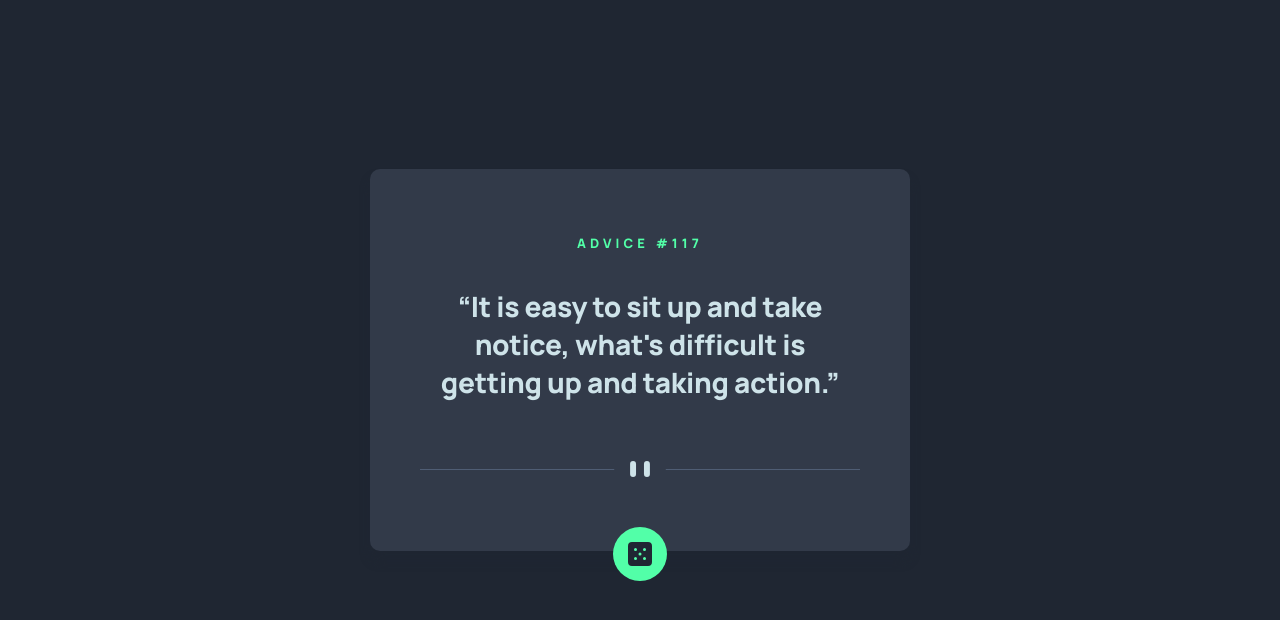
Repository: Arkitecth/advice-generator
Page: index.html
These files come from the project's save history. The page is drawn as it stood at one moment and after the next save; the edit follows.
The browser window is 1280 px wide. The pictures show the whole page.

Above is the page before, as saved 2023-07-12 18:33:04.

### index.html
<!DOCTYPE html>
<html lang="en">
<head>
  <meta charset="UTF-8">
  <meta name="viewport" content="width=device-width, initial-scale=1.0"> <!-- displays site properly based on user's device -->

  <link rel="icon" type="image/png" sizes="32x32" href="./images/favicon-32x32.png">
  <link rel="stylesheet" href="style.css">
  <title>Advice generator app</title>

</head>
<body>
  <div class="container">
    <p class="advice">Advice <span class="advice-num">#117</span></p>
    <p class="advice-text">“It is easy to sit up and take notice, what's difficult is getting up and taking action.”</p>
    <img class="pattern-divider" src="images/pattern-divider-desktop.svg" alt="pattern-divider-desktop">
    <div>
      <img class="dice-icon" src="images/icon-dice.svg" alt="dice-icon">
    </div>

  </div>
</body>
</html>

### style.css

@import url('https://fonts.googleapis.com/css2?family=Manrope:wght@800&display=swap');
:root {
    --dark-blue: hsl(218, 23%, 16%);
    --dark-grayish-blue:hsl(217, 19%, 24%);
    --light-cyan:  hsl(193, 38%, 86%);
    --neon-green:hsl(150, 100%, 66%);
    --grayish-blue:hsl(217, 19%, 38%);
}
* {
    margin: 0;
    padding:0;
    box-sizing: border-box;
    font-family: 'Manrope', sans-serif;
}


body {
    background-color: var(--dark-blue);
    display: flex;
    height: 100vh;
    align-items: center;
}

.container {
    margin: 0 auto;
    background-color: var(--dark-grayish-blue);
    max-width: 540px;
    padding: 50px;
    border-radius: 10px;
    box-shadow: 0px 10px 10px var(--dark-blue);
    display: flex;
    flex-direction: column;
    align-items: center;
    align-content: space-around;
    justify-content: space-between;
}

.advice {
    color: var(--neon-green);
    text-transform: uppercase;
    font-weight: 800;
    letter-spacing: 4.086px;
    font-size: 0.8125rem;
    padding: 15px;
}

.advice-text {
    color: var(--light-cyan);
    text-align: center;
    font-size: 28px;
    letter-spacing: -0.3px;
    padding: 20px;
}


.pattern-divider {
    padding-top: 10px;
    width: 100%;
    transform: translateY(30px);
}

.container div {
    display: flex;
    transform: translateY(80px);
    background-color: var(--neon-green);
    border-radius: 50%;
    justify-content: center;
    padding: 15px;
    cursor: pointer;
}

.container div:hover {
    box-shadow: 0px 0px 10px var(--neon-green);
}

After the next save:
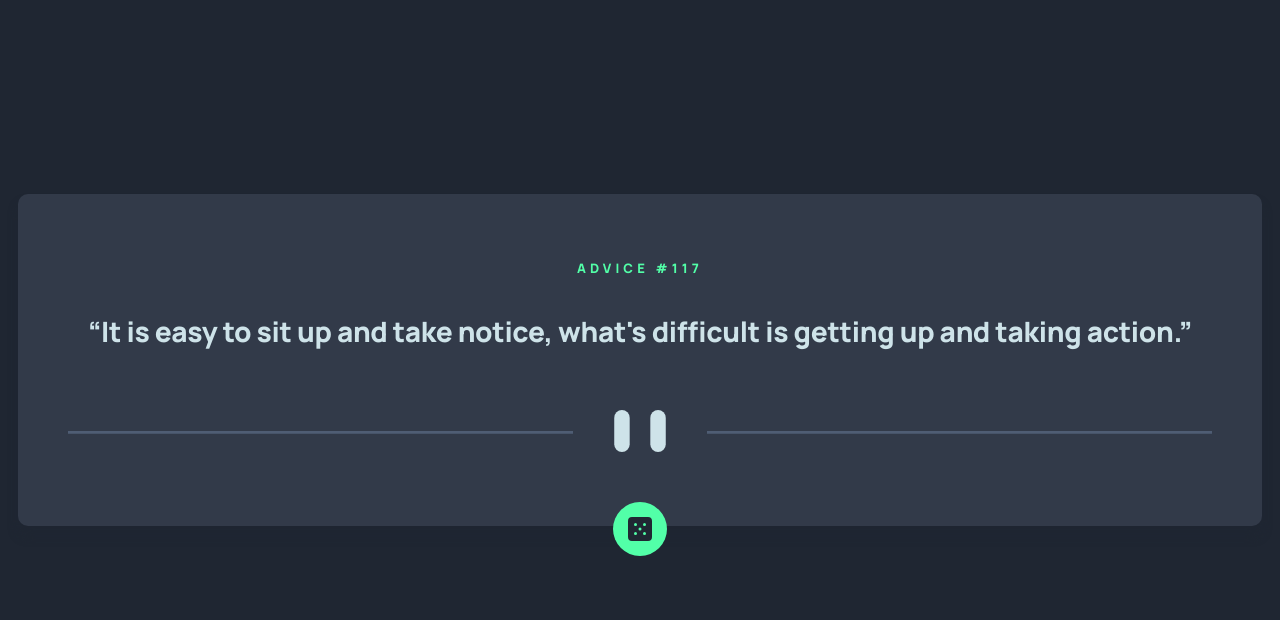
Saved 114 s later.
--- a/style.css
+++ b/style.css
@@ -25,7 +25,7 @@
 .container {
     margin: 0 auto;
     background-color: var(--dark-grayish-blue);
-    max-width: 540px;
+    /* max-width: 540px; */
     padding: 50px;
     border-radius: 10px;
     box-shadow: 0px 10px 10px var(--dark-blue);

After the save that followed:
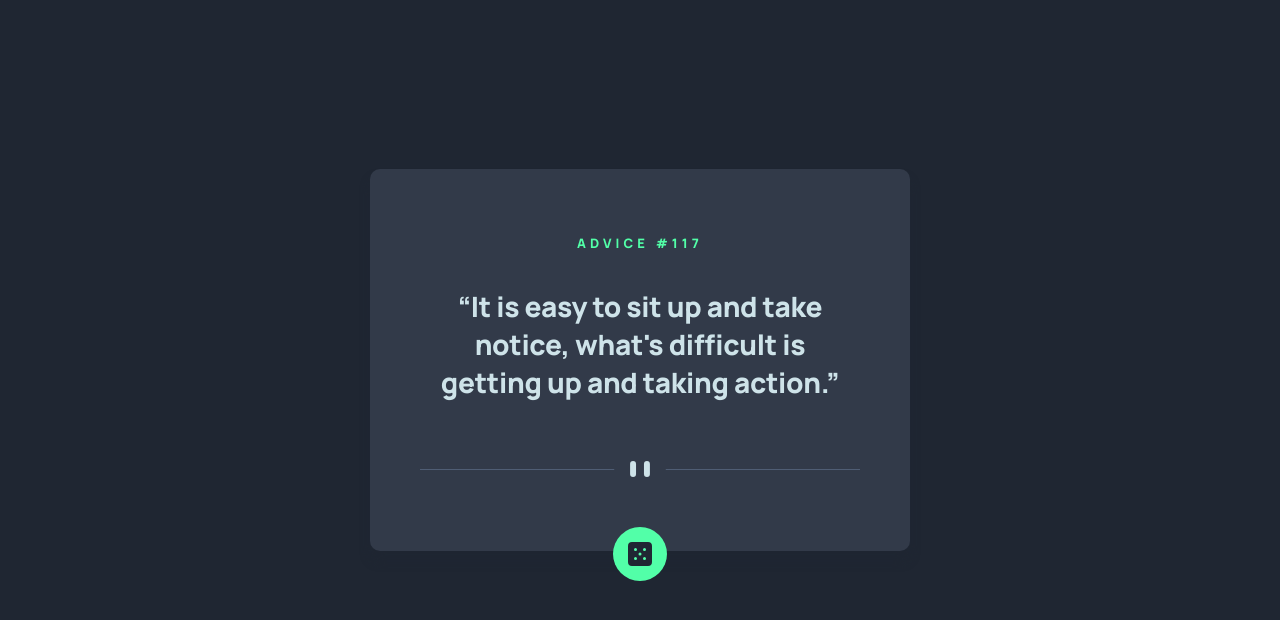
Saved 18 s later.
--- a/style.css
+++ b/style.css
@@ -25,7 +25,7 @@
 .container {
     margin: 0 auto;
     background-color: var(--dark-grayish-blue);
-    /* max-width: 540px; */
+    max-width: 540px;
     padding: 50px;
     border-radius: 10px;
     box-shadow: 0px 10px 10px var(--dark-blue);
